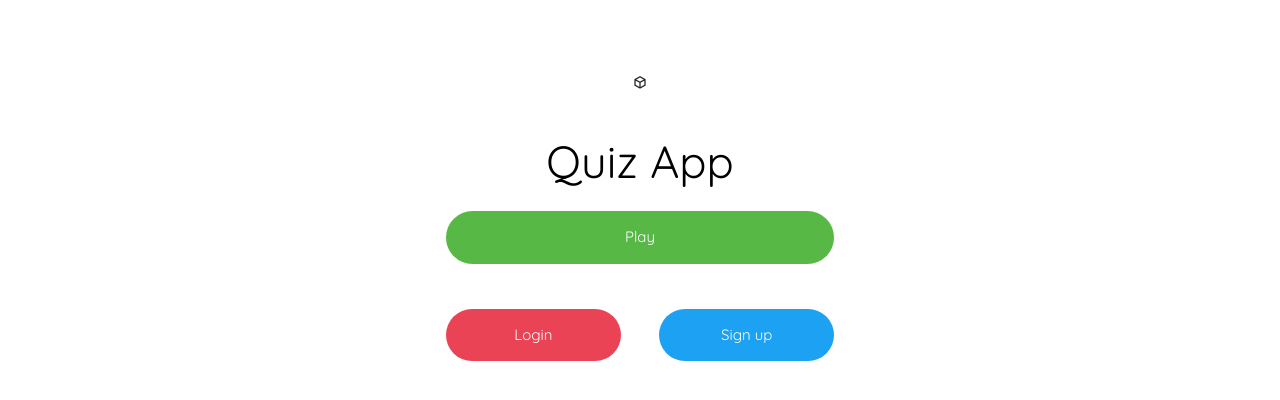
Repository: jforjay1/quiz-app
Page: /
These files come from the project's save history. The page is drawn as it stood at one moment and after the next save; the edit follows.
The browser window is 1280 px wide. The pictures show the whole page.
The project was rebuilt for these pictures with package versions that can differ from the ones it lists, and the page was loaded fresh each time. Also part of the build but not shown: src/utils/is-empty.js, src/components/quiz/Play.js, src/components/quiz/QuizSummary.js.

Above is the page before, as saved 2023-03-17 22:17:50.

### src/index.js
import React from 'react';
import ReactDOM from 'react-dom';
import '../node_modules/@mdi/font/css/materialdesignicons.min.css';
import '../node_modules/materialize-css/dist/css/materialize.min.css';
import '../node_modules/materialize-css/dist/js/materialize.min.js';
import './styles/styles.scss';
import App from './App';

ReactDOM.render(<App />, document.getElementById('root'));

### src/styles/styles.scss
@import url('https://fonts.googleapis.com/css?family=Quicksand&display=swap');
@import './base/settings';
@import './base/base';
@import './components/home';
@import './components/play';
@import './components/quiz-summary';

### src/App.js
import React from 'react';
import { BrowserRouter as Router, Route } from 'react-router-dom';
import Home from './components/Home';
import Play from './components/quiz/Play';
import QuizSummary from './components/quiz/QuizSummary';

function App() {
  return (
    <Router>
      <Route path="/" exact component={Home} />
      <Route path="/play/quiz" exact component={Play} />
      <Route path="/play/quizSummary" exact component={QuizSummary} />
    </Router>
  );
}

export default App;

### src/styles/base/_settings.scss
// Fonts
$quicksand: 'Quicksand', sans-serif;

// colors
$orange: #ffa500;
$green: #57b846;
$success-text: #4caf50;
$red: #ea4355;
$error-text: #F44336;
$blue: #1da1f2;
$off-black: #333;
$white: #fff;
$off-white: #f8f8f8;

// Sizes
$xs: 0.5rem;
$normal: 1rem;
$sm: 1.5rem;
$md: 2rem;
$lg: 3rem;
$xlg: 5rem;
$xxlg: 7rem;

// Button Radius
$button-radius: 30px;

// Breakpoints
$lg-breakpoint: 1024px;
$md-breakpoint: 768px;
$sm-breakpoint: 641px;
$xs-breakpoint: 480px;

// Shadow
$shadow: 0 2px 2px 0 rgba(0,0,0,0.14), 0 3px 1px -2px rgba(0,0,0,0.12), 0 1px 5px 0 rgba(0,0,0,0.2);

### src/styles/base/_base.scss
* {
    padding: 0;
    margin: 0;
}

body {
    font-family: $quicksand;
}

.valid {
    color: $green;
}

.warning {
    color: $orange !important;
}

.invalid {
    color: $red !important;
}

.toast-invalid {
    background-color: $error-text !important;
    border-radius: 5px !important;
    color: $off-white !important;
}

.toast-valid {
    background-color: $success-text !important;
    border-radius: 5px !important;
    color: $off-white !important;
}

.disable {
    background-color: #ccc !important;
    box-shadow: none !important;
    opacity: 0.9 !important;
    pointer-events: none;
}

### src/styles/components/_home.scss
#home {
    display: flex;
    justify-content: space-around;
    height: 100vh;
    width: 100vw;
    align-items: center;

    section {
        border-radius: 5px;
        padding-left: $md;
        padding-right: $md;
        height: 80%;
        width: 35%;
    }

    h1 {
        font-size: $lg;
        font-weight: 400;
        text-align: center;
        color: black;
    }

    .play-button-container {
        width: 100%;
    }

    a.play-button {
        background-color: $green;
        border-radius: $button-radius;
        color: #fff;
        display: block;
        cursor: pointer;
        padding: $normal;
        text-align: center;
        transition: 0.3s linear all;
    }

    a.play-button:hover {
        background-color: darken($green, 10%);
        box-shadow: $shadow;
    }

    .auth-container {
        width: 100%;
        display: flex;
        justify-content: space-between;
        margin-top: $lg;
    }

    #login-button {
        background-color: $red;
    }
    #login-button:hover {
        background-color: darken($red, 10%);
        box-shadow: $shadow;
    }

    #signup-button {
        background-color: $blue;
    }
    #signup-button:hover {
        background-color: darken($blue, 10%);
        box-shadow: $shadow;
    }

    .auth-container .auth-buttons {
        color: #fff;
        cursor: pointer;
        border-radius: $button-radius;
        padding: $normal 0;
        text-align: center;
        transition: 0.3s linear all;
        width: 45%;
    }
}

@media (max-width: 768px) {
    #home section {
        padding: 0 $normal;
        width: 100%;
        height: 100%;
    }
}

### src/styles/components/_play.scss
.questions {
    width: 80%;
    margin: $lg auto 0 auto;
    padding: $sm $md;

    h2 {
        text-align: center;
        font-weight: lighter;
    }

    .lifeline-container {
        display: flex;
        justify-content: space-between;
    }

    .lifeline {
        position: relative;
        top: -3px;
    }

    .lifeline-icon {
        color: $green;
        cursor: pointer;
    }

    .lifeline-icon:hover {
        background: none;
        color: darken($orange, 10%);
    }

    h5 {
        font-size: 1.2rem;
        margin-bottom: lg;
        line-height: 1.5;
        text-align: center;
    }

    .options-container {
        display: inline-block;
        width: 50%;
    }

    .option {


        background-color: $blue;
        color: $white;
        cursor: pointer;
        margin: $md auto;
        padding: $normal;
        text-align: center;
        width: 90%;
    }


    .option:hover {
        background-position: right center;
        background-size: 200% auto;
        -webkit-animation: pulse 2s infinite;
        animation: pulse512 1.5s infinite;
    }

    @keyframes pulse512 {
        0% {
            box-shadow: 0 0 0 0 #05bada66;
        }

        70% {
            box-shadow: 0 0 0 10px rgba(218, 103, 68, 0.00);
        }

        100% {
            box-shadow: 0 0 0 0 rgba(218, 103, 68, 0.00);
        }
    }
}

.button-container {
        display: flex;
        justify-content: center;
        align-items: center;
        color: #fff;
        font-weight: 600;
}

.button-container button {
    border: 2px solid white;
    background-color: #24b4fb;
    border-radius: 0.9em;
    padding: 0.8em 1.2em 0.8em 1em;
    transition: all ease-in-out 0.2s;
    font-size: 16px;
    color: $off-white;
    cursor: pointer;
    font-family: $quicksand;
    margin-right: $md;
}

.button-container button:hover {
    background-color: #0071e2;
}

.button-container button:first-child {
    background-color: darken($blue, 10%);
    box-shadow: $shadow;
    transition: 0.2s linear all
}

.button-container button:first-child:hover {
    background-color: darken($blue, 20%);
}

.button-container button:nth-child(2) {
    background-color: $green;
    box-shadow: $shadow;
    transition: 0.2s linear all
}

.button-container button:nth-child(2):hover {
    background-color: darken($green, 10%);
}

.button-container button:last-child {
    background-color: $red;
    box-shadow: $shadow;
    transition: 0.2s linear all
}

.button-container button:last-child:hover {
    background-color: darken($red, 10%);
}

### src/styles/components/_quiz-summary.scss
.quiz-summary {
    font-family: $quicksand;

    span.success-icon {
        color: $green;
        font-size: $xxlg;
    }

    h1 {
        color: $green;
        text-align: center;
        font-size: $lg;
        margin-top: -$sm;
    }

    h2 {
        color: $blue;
    }

    h4 {
        color: lighten($off-black, 10%);
    }

    .stats {
        background-color: $off-white;
        max-width: 50%;
        padding: $sm $md $md $md;
    }

    .stats h4, .stats h2 {
        text-align: center;
    }

    .stats .stat {
        color: $off-black;
        font-size: $normal;
    }

    section ul {
        margin-top: $sm;
        text-align: center;
    }

    section ul li {
        display: inline-block;
    }

    section ul li a {
        padding: $sm !important;
    }

    section ul li a:hover {
        color: $off-white;
    }

    section ul li:first-child {
        border: 1px solid $blue;
        margin-right: $sm;
        transition: 0.3s linear all;
    }

    section ul li:first-child:hover {
        background-color: $blue;
    }

    section ul li:last-child {
        border: 1px solid $green;
        transition: 0.3s linear all;
    }

    section ul li:last-child:hover {
        background-color: $green;
    }

    section ul li:last-child a {
        color: $green;
    }

    section ul li:last-child a:hover {
        color: $off-white;
    }

    .no-stats {
        color: $off-black;
        margin: $xxlg auto;
    }
}

.button-container {
    display: flex;
    justify-content: center;
    align-items: center;
    color: #fff;
    font-weight: 600;
}

.button-container button {
    border: 2px solid white;
    background-color: #24b4fb;
    border-radius: 0.9em;
    padding: 0.8em 1.2em 0.8em 1em;
    transition: all ease-in-out 0.2s;
    font-size: 16px;
    color: $off-white;
    cursor: pointer;
    font-family: $quicksand;
    margin-right: $md;
    padding: $xs $sm;
}

.button-container button:hover {
    background-color: #0071e2;
}

.button-container button:first-child {
    background-color: darken($blue, 10%);
    box-shadow: $shadow;
    transition: 0.2s linear all
}

.button-container button:first-child:hover {
    background-color: darken($blue, 20%);
}

.button-container button:nth-child(2) {
    background-color: $green;
    box-shadow: $shadow;
    transition: 0.2s linear all
}

.button-container button:nth-child(2):hover {
    background-color: darken($green, 10%);
}

@media (max-width: $md-breakpoint) {
    .quiz-summary {
        font-size: $sm;
        padding-left: $xs;
        padding-right: $xs;
    }

    div.container.stats {
        margin: 0;
        padding: $sm;
        max-width: 100%;
        width: 100%;
    }
}

### src/components/Home.js
import React, {Fragment} from 'react';
import {Helmet} from 'react-helmet';
import {Link} from 'react-router-dom';

const Home = () => (
    <Fragment>
        <Helmet><title>Home - Quiz App</title></Helmet>
        <div id="home">
            <section>
                <div style={{ textAlign: 'center' }}>
                    <span className="mdi mdi-cube-outline cube"></span>
                </div>
                <h1>Quiz App</h1>
                <div className="play-button-container">
                    <ul>
                        <li><Link className="play-button" to="/play">Play</Link></li>
                    </ul>
                </div>
                <div className="auth-container">
                    <Link to="/login" className="auth-buttons" id="login-button">Login</Link>
                    <Link to="/register" className="auth-buttons" id="signup-button">Sign up</Link>
                </div>
            </section>
        </div>
    </Fragment>
);

export default Home;

Loaded but not shown: public/index.html (common file)

After the next save:
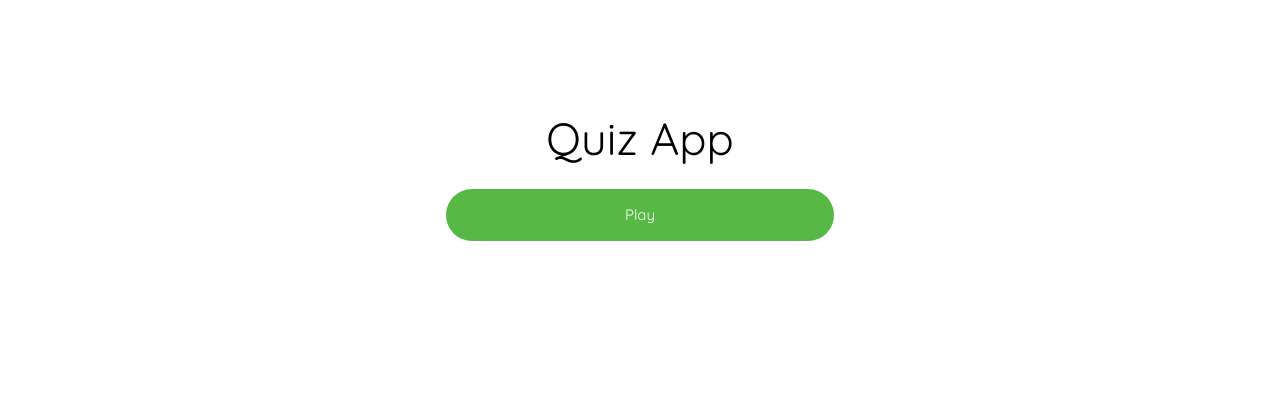
Saved 20 s later.
--- a/src/components/Home.js
+++ b/src/components/Home.js
@@ -1,28 +1,23 @@
-import React, {Fragment} from 'react';
-import {Helmet} from 'react-helmet';
-import {Link} from 'react-router-dom';
+import React, { Fragment } from 'react';
+import { Helmet } from 'react-helmet';
+import { Link } from 'react-router-dom';
 
-const Home = () => (
-    <Fragment>
-        <Helmet><title>Home - Quiz App</title></Helmet>
-        <div id="home">
-            <section>
-                <div style={{ textAlign: 'center' }}>
-                    <span className="mdi mdi-cube-outline cube"></span>
-                </div>
-                <h1>Quiz App</h1>
-                <div className="play-button-container">
-                    <ul>
-                        <li><Link className="play-button" to="/play">Play</Link></li>
-                    </ul>
-                </div>
-                <div className="auth-container">
-                    <Link to="/login" className="auth-buttons" id="login-button">Login</Link>
-                    <Link to="/register" className="auth-buttons" id="signup-button">Sign up</Link>
-                </div>
-            </section>
-        </div>
-    </Fragment>
-);
+function Home() {
+  return (
+    <>
+      <Helmet><title>Home</title></Helmet>
+      <div id="home">
+        <section>
+          <h1>Quiz App</h1>
+          <div className="play-button-container">
+            <ul>
+              <li><Link className="play-button" to="/play/quiz">Play</Link></li>
+            </ul>
+          </div>
+        </section>
+      </div>
+    </>
+  );
+}
 
 export default Home;
